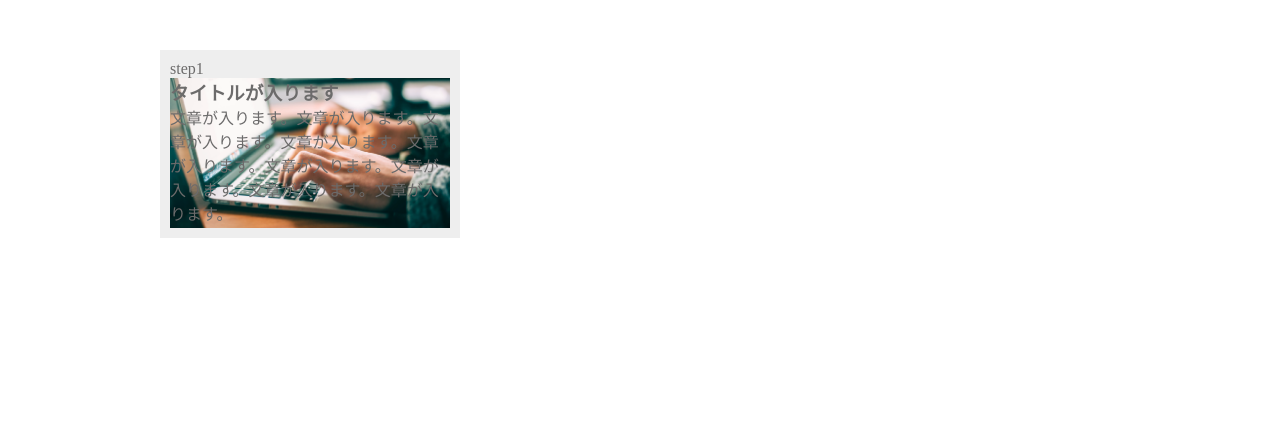
Repository: katayama-Web/html-practice
Page: chapter9_exercise/index9.html
The author's editor kept a record of every edit. The page is drawn from the files as they stood at one moment, then again after the next edit.
The browser window is 1280 px wide. The pictures show the whole page.

Above is the page before.

After the next edit:
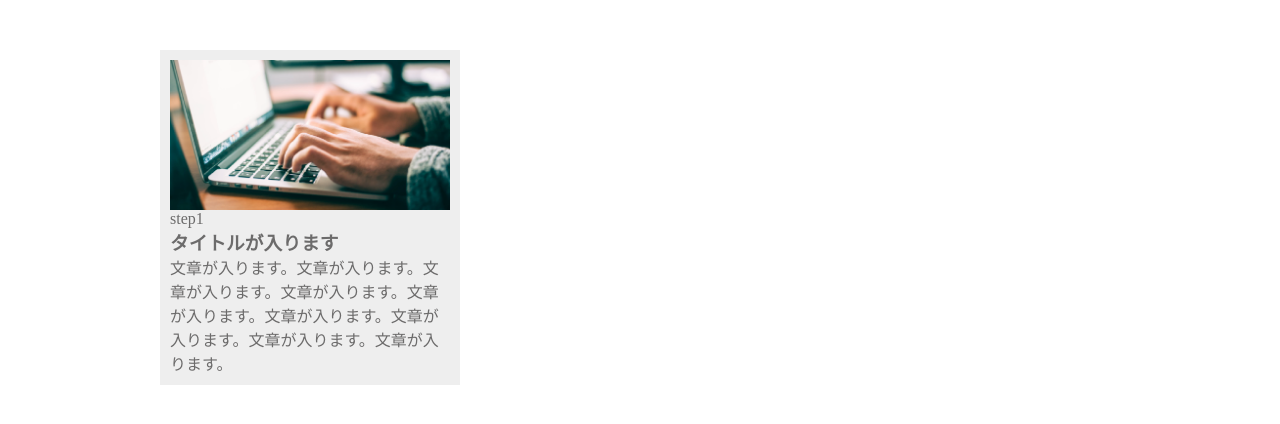
The edit:
--- a/chapter9_exercise/index9.html
+++ b/chapter9_exercise/index9.html
@@ -8,8 +8,8 @@
   <body>
     <main>
       <div class="content-box">
-        <p>step1</p>
-        <div class="content1-img">
+        <div class="content1-img"></div>
+        <span class="step">step1</span>
           <h3>タイトルが入ります</h3>
           <p>文章が入ります。文章が入ります。文章が入ります。文章が入ります。文章が入ります。文章が入ります。文章が入ります。文章が入ります。文章が入ります。</p>
         </div>
